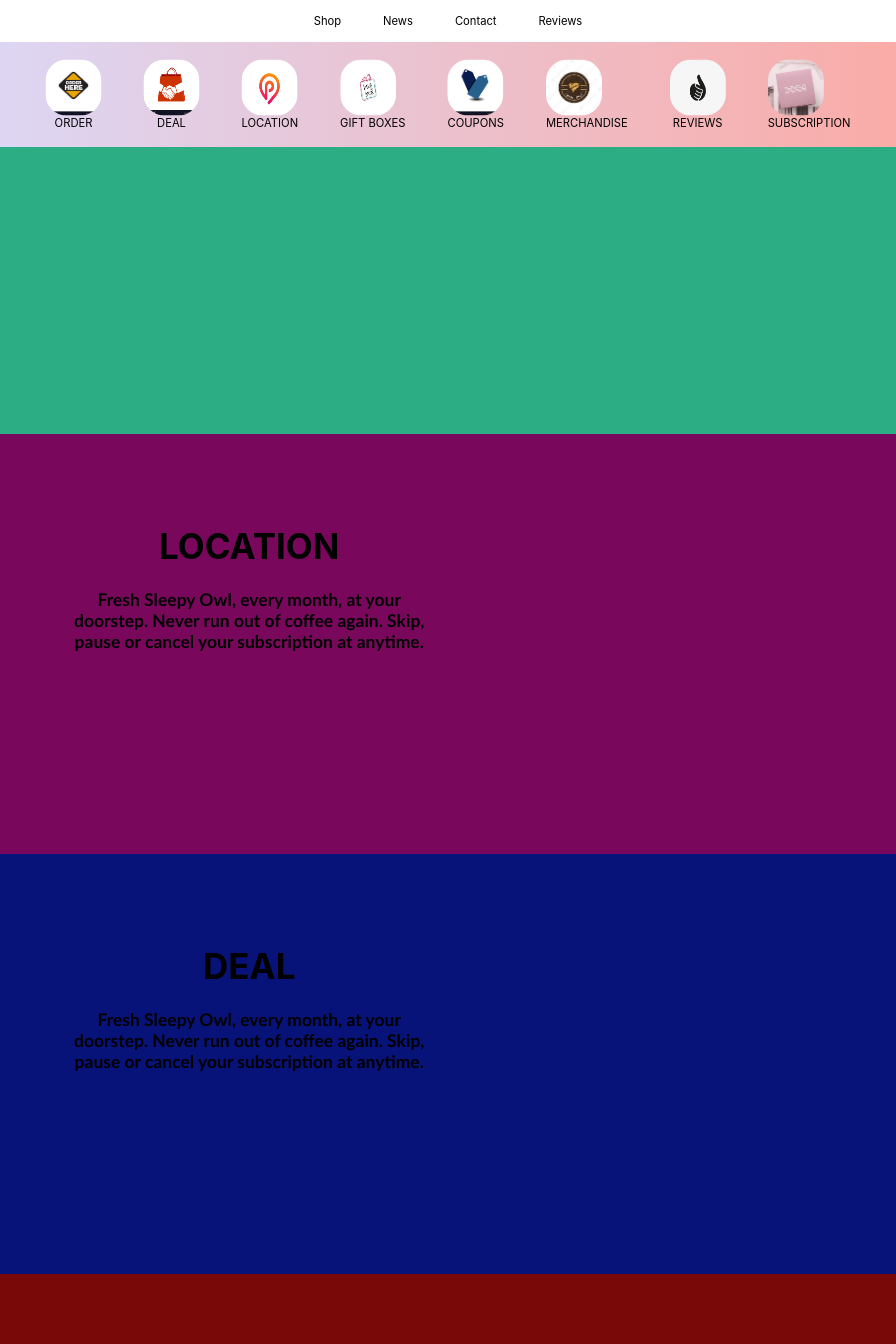
Repository: tusharpasricha/owlsomecoffee
Page: /
The author's editor kept a copy of each file at every save. The page is drawn from the files as they stood at one save, then again after the next save.
The browser window is 1280 px wide. The pictures show the part of the page from y = 0 to 1920 px (the page is 4120 px tall), at 70% of full size.
The project was rebuilt for these pictures with package versions that can differ from the ones it lists, and the page was loaded fresh each time. Also part of the build but not shown: src/components/review.css.

Above is the page before, as saved 2021-09-27 18:36:10.

### src/App.js

//import './App.css';
import Navbar from './components/navbar';
import Bar from './components/bar';
import Subs from './components/subscription';
import Review from './components/review';
import Coupons from './components/coupons';
import Order from './components/order';
import Merchandise from './components/merchandise';
import Giftboxes from './components/giftboxes';
import Location from './components/location';
import Deal from './components/deal';






function App() {
  return (
    <div className="App">
     <Navbar></Navbar>
     <Bar></Bar>
     <Review></Review>
     <Order></Order>
     <Location></Location>
     <Deal></Deal>
     <Giftboxes></Giftboxes>
     <Merchandise></Merchandise>
     <Coupons></Coupons>
     <Subs></Subs>

    </div>
  );
}

export default App;

### src/components/navbar.js
import React from 'react'
import './navbar.css'

const Navbar = () => {
    return (
      <header className="mobileNav">
    <div className="nav">
<ul className="options">
  <li><a href="default.asp">Shop</a></li>
  <li><a href="news.asp">News</a></li>
  <li><a href="contact.asp">Contact</a></li>
  <li><a href="about.asp">Reviews</a></li>
</ul>
    </div>
    </header>
    )
}

export default Navbar

### src/components/bar.js
import React from 'react';
import {Link} from 'react-scroll';
import './bar.css';
import order from './order.jpg';
import deal from './deal.jpg';
import location from './location.jpg';
import coupon from './coupon.jpg';
import gift from './gift.jpg';
import review from './review.jpg';
import subscription from './subscription.png';
import logo from './logo.jfif';

const Bar = () => {
    return (
        <div className="bar">
<ul>
  <li> <img src={order}></img> <Link to="order" smooth={true} duration={1000}>ORDER</Link></li>
  <li><img src={deal}></img> <Link to="deal" smooth={true} duration={1000}>DEAL</Link></li>
  <li><img src={location}></img> <Link to="location" smooth={true} duration={1000}>LOCATION</Link></li>
  <li><img src={gift}></img> <Link to="giftboxes" smooth={true} duration={1000}>GIFT BOXES</Link></li>
  <li><img src={coupon}></img> <Link to="coupons" smooth={true} duration={1000}>COUPONS</Link></li>
  <li><img src={logo}></img> <Link to="merchandise" smooth={true} duration={1000}>MERCHANDISE</Link></li>
  <li><img src={review}></img> <Link to="reviews" smooth={true} duration={1000}>REVIEWS</Link></li>
  <li><img src={subscription}></img> <Link to="subs" smooth={true} duration={1000}>SUBSCRIPTION</Link></li>

</ul>
        </div>
    )
}

export default Bar

### src/components/subscription.js
import React from 'react'
import './subscription.css';

const Subs = () => {
    return (

        <div className="subs" id="subs">
        <section>
        <h1>Subscription</h1>
        <p>Fresh Sleepy Owl, every month, at your doorstep. Never run out of coffee again. Skip, pause or cancel your subscription at anytime.</p>
        </section>

        </div>

    )
}

export default Subs

### src/components/review.js
import React from 'react';
import './review.css';

const Review = () => {
    return (
        <div className="reviews" to="reviews">
            hello
        </div>
    )
}

export default Review

### src/components/coupons.js
import React from 'react';
import './coupons.css';

const Coupons = () => {
    return (
        <div className="coupons" to="coupons">
             <section>
        <h1>COUPONS</h1>
        <p>Fresh Sleepy Owl, every month, at your doorstep. Never run out of coffee again. Skip, pause or cancel your subscription at anytime.</p>
        </section>
        </div>
    )
}

export default Coupons

### src/components/order.js
import React from 'react';
import './order.css';

const Order = () => {
    return (
        <div className="order" to="order" >
            hello
        </div>
    )
}

export default Order

### src/components/merchandise.js
import React from 'react';
import './merchandise.css';

const Merchandise = () => {
    return (
        <div className="merchandise" to="merchandise">
            hello
        </div>
    )
}

export default Merchandise

### src/components/giftboxes.js
import React from 'react';
import './giftboxes.css';

const Giftboxes = () => {
    return (
        <div className="giftboxes" to="giftboxes">
             <section>
        <h1>GIFTBOXES</h1>
        <p>Fresh Sleepy Owl, every month, at your doorstep. Never run out of coffee again. Skip, pause or cancel your subscription at anytime.</p>
        </section>
        </div>
    )
}

export default Giftboxes

### src/components/location.js
import React from 'react';
import './location.css';

const Location = () => {
    return (
        <div className="location" to="location">
             <section>
        <h1>LOCATION</h1>
        <p>Fresh Sleepy Owl, every month, at your doorstep. Never run out of coffee again. Skip, pause or cancel your subscription at anytime.</p>
        </section>
        </div>
    )
}

export default Location

### src/components/deal.js
import React from 'react';
import './deal.css';

const Deal = () => {
    return (
        <div className="deal" to="deal">
             <section>
        <h1>DEAL</h1>
        <p>Fresh Sleepy Owl, every month, at your doorstep. Never run out of coffee again. Skip, pause or cancel your subscription at anytime.</p>
        </section>
        </div>
    )
}

export default Deal

### src/components/navbar.css
*{
    margin: 0%;

}

.nav{
    margin-top: 0%;
    background-color: rgb(255, 255, 255);
    display: flex;
    justify-content: center;
    height: 60px;
    width: 100%;
    align-items: center;
    position: fixed;
}
ul{

     display: flex;
     list-style-type: none;
     justify-content: center;
     padding: 2px;
 }
 li{
     padding-right: 40px;
     padding-left: 40px;
 }
 a{
     text-decoration: none;
     color: black;
 }

### src/components/bar.css
*{
    margin: 0%;

}
.bar{
    margin-top: 60px;
    position: fixed;
    background-color: rgba(209, 94, 94, 0.74);
    display: flex;
    justify-content: center;
    height: 150px;
    width: 100%;
    align-items: center;
    background-image: linear-gradient(to right,#ddd6f3,#faaca8);
}
ul{
     display: flex;
     list-style-type: none;
     justify-content: center;
     padding: 2px;
 }
 li{
     display: flex;
     flex-direction: column;
     padding-right: 30px;
     padding-left: 30px;
     text-align: center;

 }
 a{
     text-decoration: none;
     color: black;
 }
img{

    height: 80px;
    width: 80px;
    border-radius: 30px;
}

### src/components/subscription.css
.subs{
    display: flex;
    justify-content: center;
    background-color: rgb(252, 188, 200);
    height: 500px;
    background-image: linear-gradient(to right,#dae2f8,#d6a4a4);
}
section{

    flex-direction: column;
    padding: 100px;
    width: 40%;

}
h1{
    font-size: 50px;
    text-align: center;
    font-weight: bolder;
    padding: 30px;
}
p{
    font-family: 'Trebuchet MS', 'Lucida Sans Unicode', 'Lucida Grande', 'Lucida Sans', Arial, sans-serif;
    text-align: center;
    font-weight: bold;
    font-size: 25px;
}

### src/components/coupons.css
.coupons{
    background-color:rgb(148, 68, 68);
    height: 600px;
}

### src/components/order.css
.order{
    background-color:rgb(45, 173, 131);
    height: 600px;
}

### src/components/merchandise.css
.merchandise{
    background-color:rgb(8, 92, 121);
    height: 600px;
}

### src/components/giftboxes.css
.giftboxes{
    background-color:rgb(121, 8, 8);
    height: 600px;
}

### src/components/location.css
.location{
    background-color:rgb(121, 8, 93);
    height: 600px;
}

### src/components/deal.css
.deal{
    background-color:rgb(8, 19, 121);
    height: 600px;
}

Loaded but not shown: public/index.html (common file); src/index.js (common file); src/index.css (common file)

After the next save:
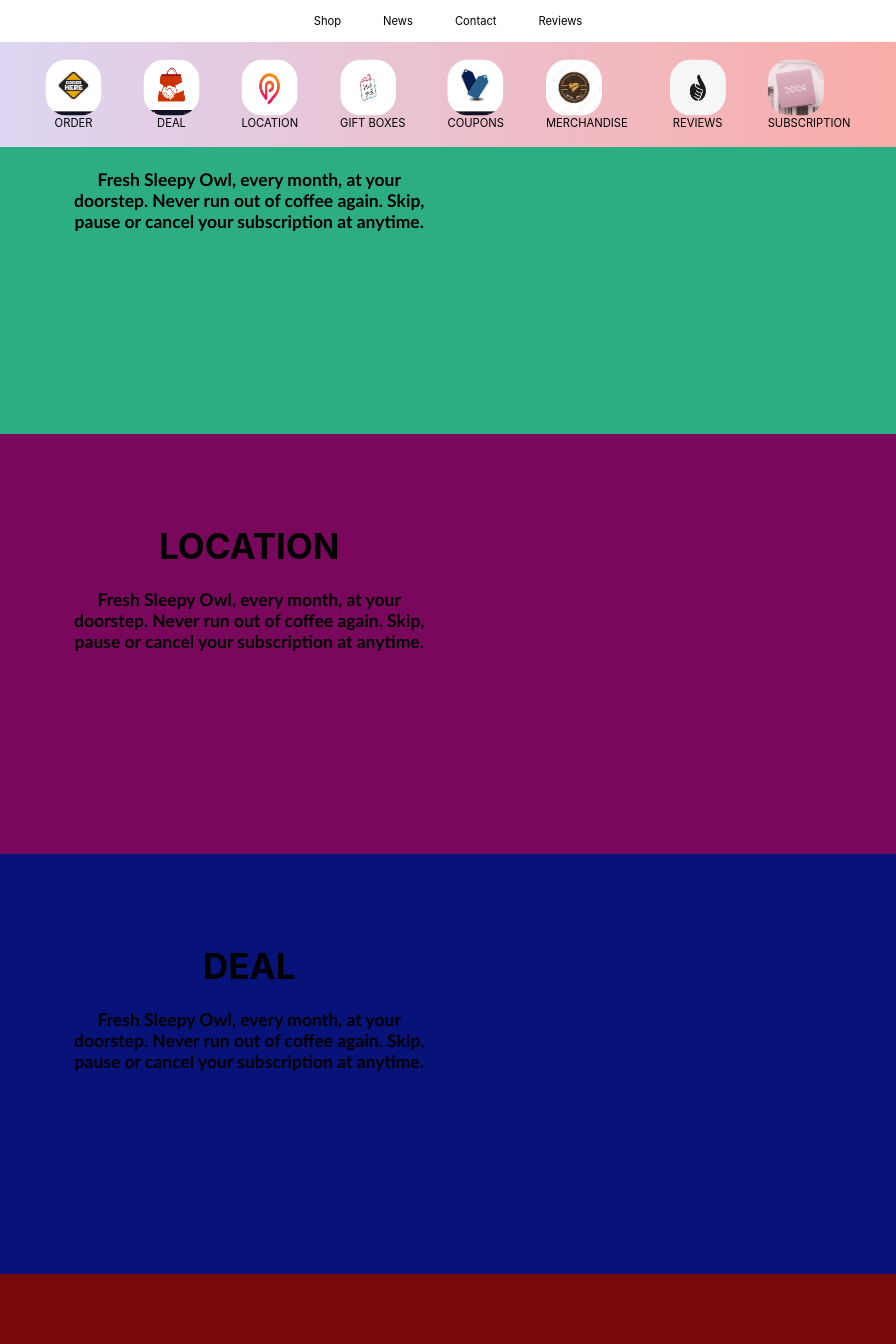
Saved 15 s later.
--- a/src/components/order.js
+++ b/src/components/order.js
@@ -4,7 +4,10 @@ import './order.css';
 const Order = () => {
     return (
         <div className="order" to="order" >
-            hello
+             <section>
+        <h1>ORDER</h1>
+        <p>Fresh Sleepy Owl, every month, at your doorstep. Never run out of coffee again. Skip, pause or cancel your subscription at anytime.</p>
+        </section>
         </div>
     )
 }
